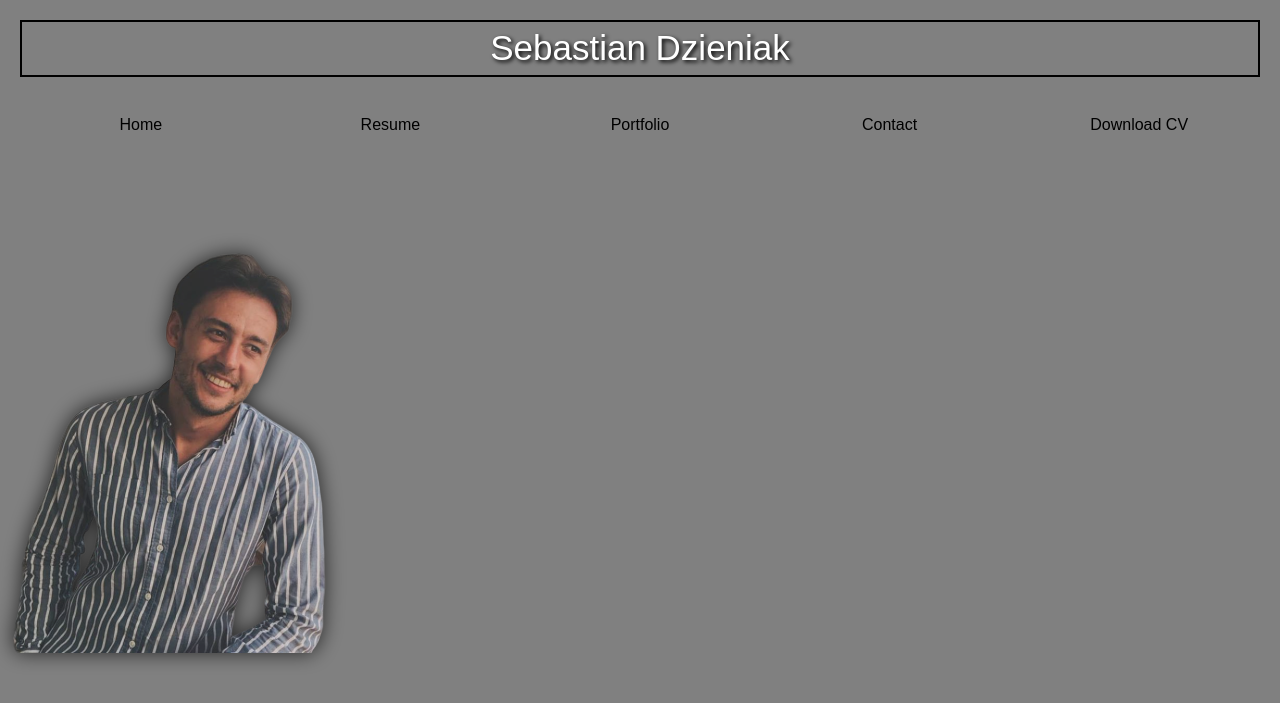
Repository: Code-Institute-Submissions/sebson1990-portfolio.sebastian
Page: index.html
The author's editor kept a record of every edit. The page is drawn from the files as they stood at one moment, then again after the next edit.
The browser window is 1280 px wide. The pictures show the whole page.

Above is the page before.

### index.html
<!DOCTYPE html>
<html lang="en">

<head>
    <meta charset="UTF-8">
    <meta name="viewport" content="width=device-width, initial-scale=1.0">
    <meta http-equiv="X-UA-Compatible" content="ie=edge">
    <title>Portfolio Sebastian Dzieniak</title>
    <link rel="stylesheet" href="https://stackpath.bootstrapcdn.com/bootstrap/4.3.1/css/bootstrap.min.css" type="text/css">
    <link rel="stylesheet" href="css/style.css" type="text/css" />
</head>

<body>
    <header>

        <div class="logo">Sebastian Dzieniak</div>

        <ul class="nav nav-pills nav-justified navbar">
            <li class="nav-item nav-blocks menu-blocks">
                <a class="nav-link menu-item" href="#">Home</a>
            </li>
            <li class="nav-item nav-blocks">
                <a class="nav-link menu-item" href="#">Resume</a>
            </li>
            <li class="nav-item nav-blocks">
                <a class="nav-link menu-item" href="#">Portfolio</a>
            </li>
            <li class="nav-item nav-blocks">
                <a class="nav-link menu-item" href="#">Contact</a>
            </li>
            <li class="nav-item nav-blocks">
                <a class="nav-link menu-item" href="#">Download CV</a>
            </li>
        </ul>
    </header>
    <div>
        <img class="profilepic" src="assets/profile3.png" alt="profile picture">
    </div>

</body>

</html>

### css/style.css
/*-------------------navbar*/

.logo {
    font-size: 35px;
    color: White;
    text-align: center;
    font-family: 'Pacifico', sans-serif;
    font-weight: 400;
    text-shadow: 2px 2px 4px #000000;
    margin: 20px;
    padding-left: 300px;
    padding-right: 300px;
    border: 2px solid black;
}

.menu-item {
    color: black;
    font-family: 'Pacifico', sans-serif;
    font-weight: 400;
    color: #000000;
}

.navbar {
    text-align: center;
}

/*-------------------------------------------body*/

body {
    background-color: grey;


}

.profilepic {
    opacity: 0.7;
    background-position: right 300px;
    background-repeat: no-repeat;
    filter: drop-shadow(0 0 10px #000);

}

After the next edit:
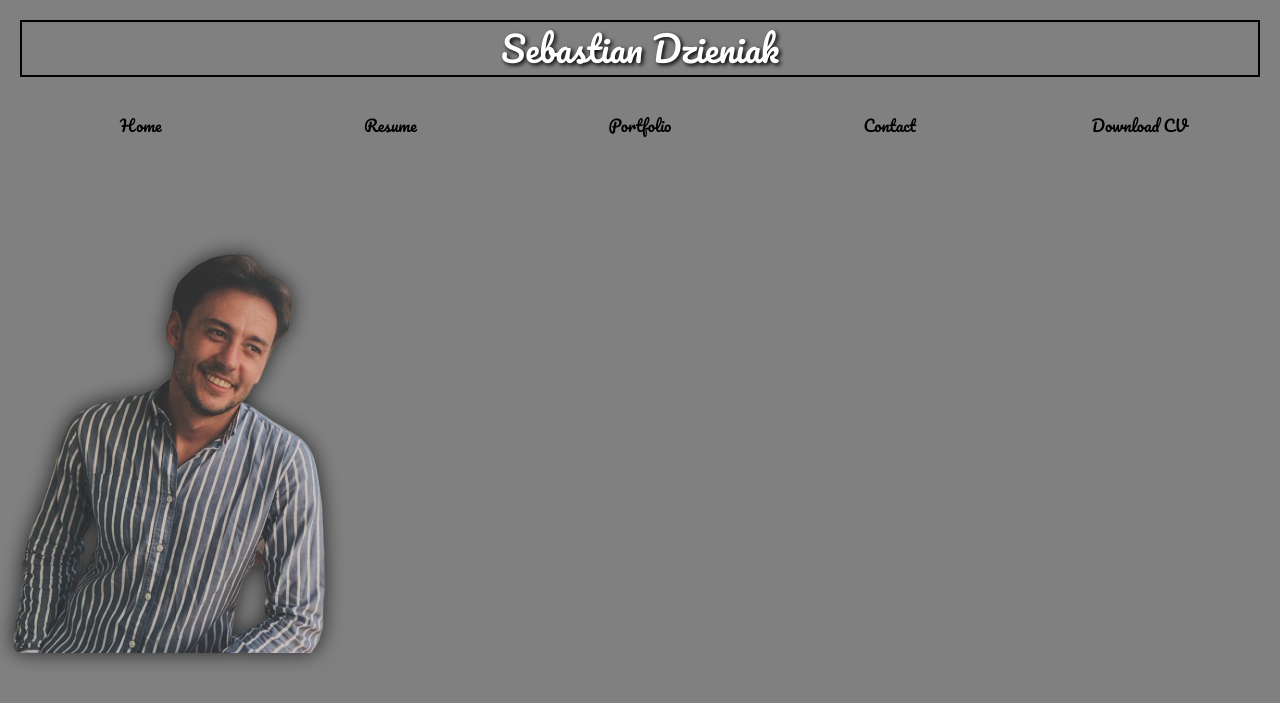
The edit:
--- a/index.html
+++ b/index.html
@@ -8,6 +8,7 @@
     <title>Portfolio Sebastian Dzieniak</title>
     <link rel="stylesheet" href="https://stackpath.bootstrapcdn.com/bootstrap/4.3.1/css/bootstrap.min.css" type="text/css">
     <link rel="stylesheet" href="css/style.css" type="text/css" />
+    <link href="https://fonts.googleapis.com/css?family=Pacifico&display=swap" rel="stylesheet">
 </head>
 
 <body>
